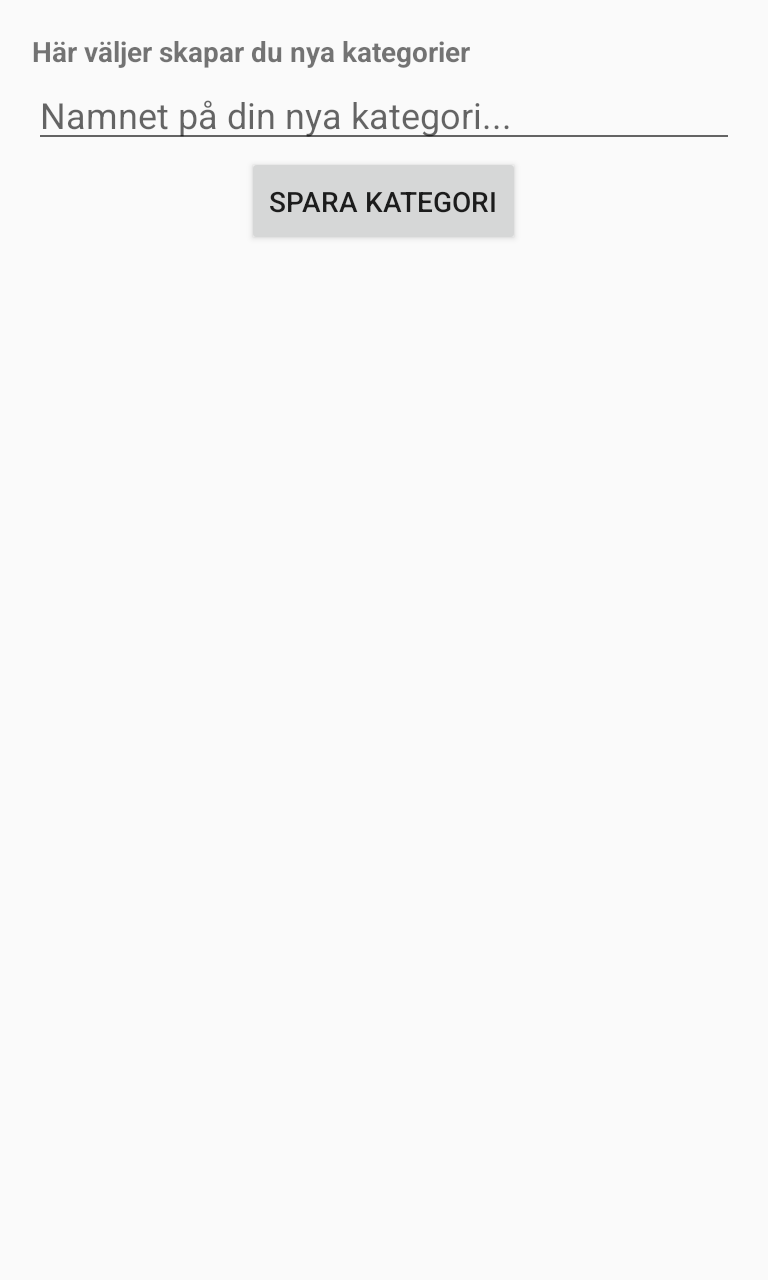
Repository: Dinova/Studiekoll
Layout: Studiekoll/Studiekoll/res/layout/fragment_category.xml
These files come from the project's save history. The layout is drawn as it stood at one moment and after the next save; the edit follows.
It is drawn on a 768 x 1280 px phone screen (xhdpi) without system bars, with theme AppTheme; the app's code is not run.

Above is the layout before, as saved 2014-05-19 10:51:06.

### Studiekoll/Studiekoll/res/layout/fragment_category.xml
<LinearLayout xmlns:android="http://schemas.android.com/apk/res/android"
    xmlns:tools="http://schemas.android.com/tools"
    android:layout_width="match_parent"
    android:layout_height="match_parent"
    android:orientation="vertical"
    android:paddingBottom="@dimen/activity_vertical_margin"
    android:paddingLeft="@dimen/activity_horizontal_margin"
    android:paddingRight="@dimen/activity_horizontal_margin"
    android:paddingTop="@dimen/activity_vertical_margin"
    tools:context="com.grupp8DAT255.studiekoll.CategoryActivity$PlaceholderFragment" >

    <TextView
        android:layout_width="wrap_content"
        android:layout_height="wrap_content"
        android:text="@string/category_help_message"
        android:textStyle="bold" />

    <EditText
        android:id="@+id/category_edit_text"
        android:layout_width="fill_parent"
        android:layout_height="wrap_content"
        android:hint="@string/category_hint" />

    <Button
        android:layout_width="wrap_content"
        android:layout_height="wrap_content"
        android:layout_gravity="center_horizontal"
        android:text="@string/category_save_text"
        android:onClick="saveCategory" />"

</LinearLayout>

### Studiekoll/Studiekoll/res/values/strings.xml
<?xml version="1.0" encoding="utf-8"?>
<resources>

    <string name="app_name">Studiekoll</string>
    <string name="action_settings">Settings</string>
    <string name="edit_message">Insert number of hours</string>
    <string name="button_graphics">Graf</string>
    <string name="button_input">Inmatning</string>
    <string name="button_help">Hjälp</string>
    <string name="title_activity_help">Hjälp</string>
    <string name="help_text">        "Meny\n"
        "Här väljer du mellan tre funktioner enligt nedan\n\n"

        "Graf\n"
        "I denna vy kan du se dina studietimmar för vald period."
        "Använd dig av drop-down menyerna för att ställa in under"
        "vilken period du vill se studietimmarna redovisas."
        "Tryck sedan på "visa"-knappen för att visa antalet studietimmar.\n\n"

        "Inmatning\n"
        "Här matar du in den tid du lagt ned på dina studier. Du väljer"
        "timmar och minuter i snurran och datum med hjälp av drop-down"
        "menyerna. Tryck sedan på "lagra"-knappen för att spara inmatningen."
        "Det är möjligt att föra in tid flera gånger för samma datum.\n\n"

        "Hjälp\n"
        "Här får du som du ser hjälp att hantera appen."</string>
    <string name="title_activity_graph">Loggade timmar</string>
    <string name="message">Här ser du dina studietimmar för vald period</string>
    <string name="from_prompt">Från</string>
    <string name="to_prompt">Till</string>
    <string name="show_button_text">Visa</string>
    <string name="year_prompt">Välj år</string>
    <string name="month_prompt">Välj månad</string>
    <string name="day_prompt">Välj dag</string>
    <string name="title_activity_input">Inmatning</string>
    <string name="input_message">Här för du in studietid och datum</string>
    <string name="send_input_button">Lagra inmatad data</string>
    <string name="help_prompt">Behöver du hjälp?</string>
    <string name="ok_button_text">OK!</string>
    <string name="button_category">Kategorihantering</string>
    <string name="title_activity_category">Kategorihantering</string>
    <string name="category_help_message">Här väljer skapar du nya kategorier</string>
    <string name="category_hint">Namnet på din nya kategori...</string>
    <string name="category_save_text">Spara kategori</string>
    <string name="category_prompt">Välj kategori</string>

</resources>

Loaded but not shown: Studiekoll/Studiekoll/res/values/styles.xml (common file); Studiekoll/Studiekoll/res/values-v11/styles.xml (common file); Studiekoll/Studiekoll/res/values-v14/styles.xml (common file); Studiekoll/Studiekoll/res/values/dimens.xml (common file); Studiekoll/Studiekoll/res/values-w820dp/dimens.xml (common file)

After the next save:
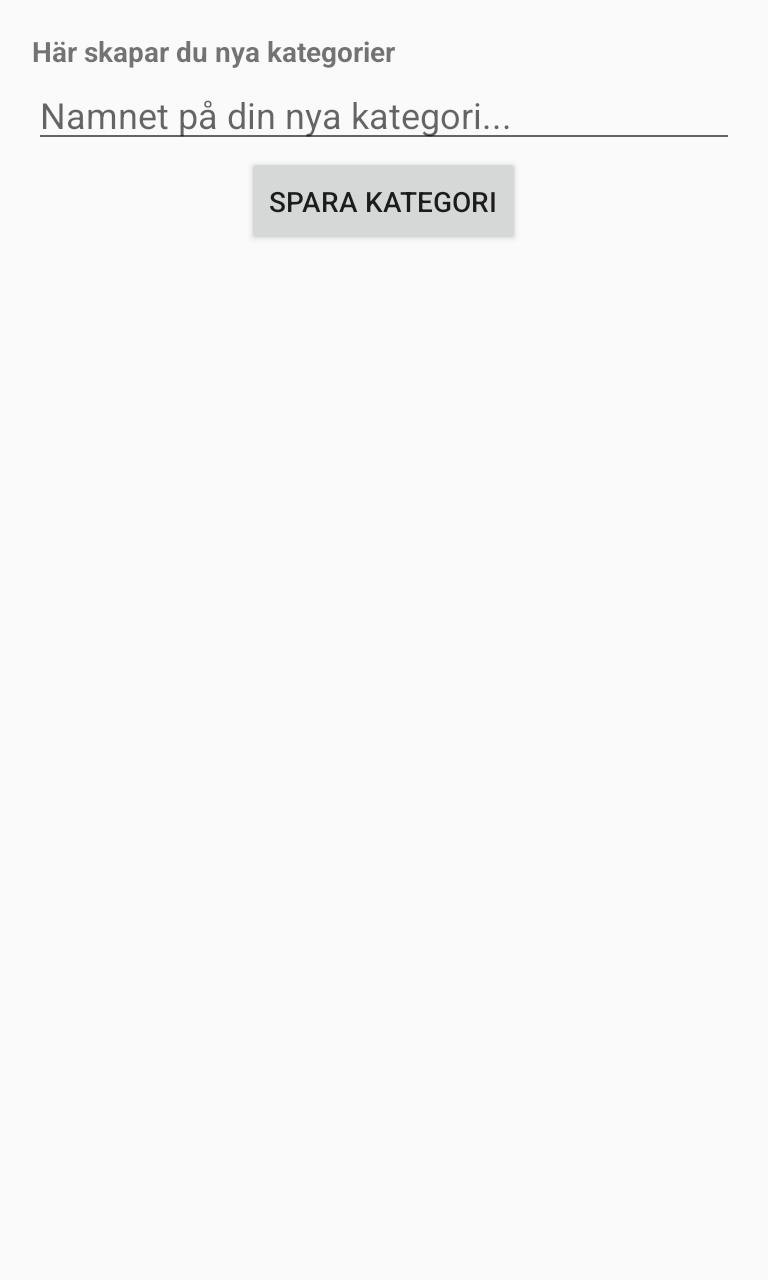
Saved 3 min 41 s later.
--- a/Studiekoll/Studiekoll/res/values/strings.xml
+++ b/Studiekoll/Studiekoll/res/values/strings.xml
@@ -40,7 +40,7 @@
     <string name="ok_button_text">OK!</string>
     <string name="button_category">Kategorihantering</string>
     <string name="title_activity_category">Kategorihantering</string>
-    <string name="category_help_message">Här väljer skapar du nya kategorier</string>
+    <string name="category_help_message">Här skapar du nya kategorier</string>
     <string name="category_hint">Namnet på din nya kategori...</string>
     <string name="category_save_text">Spara kategori</string>
     <string name="category_prompt">Välj kategori</string>
